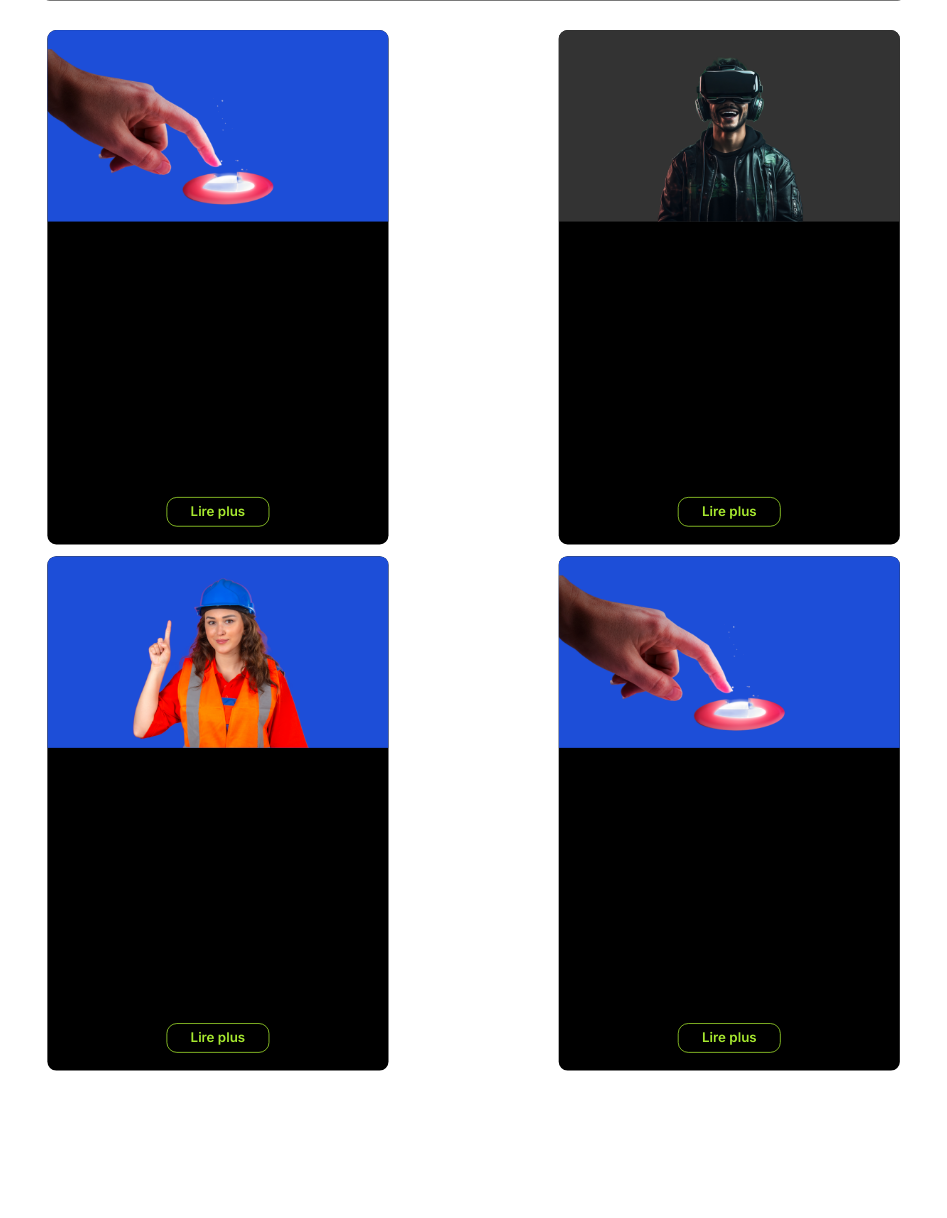
Repository: NassimeElkamari/test
Page: /blogs
An editor plug-in stored every save of this project. The page is shown before and after the next save, followed by the edit.
The browser window is 1280 px wide. The pictures show the part of the page from y = 652 to 2298 px (the page is 2298 px tall), at 74% of full size.
The project was rebuilt for these pictures with package versions that can differ from the ones it lists, and the page was loaded fresh each time. The framework's server and built-in components were replaced by stand-ins that run in the browser. Also part of the build but not shown: next.config.mjs.

Above is the page before, as saved 2024-06-12 15:49:13.

After the next save:
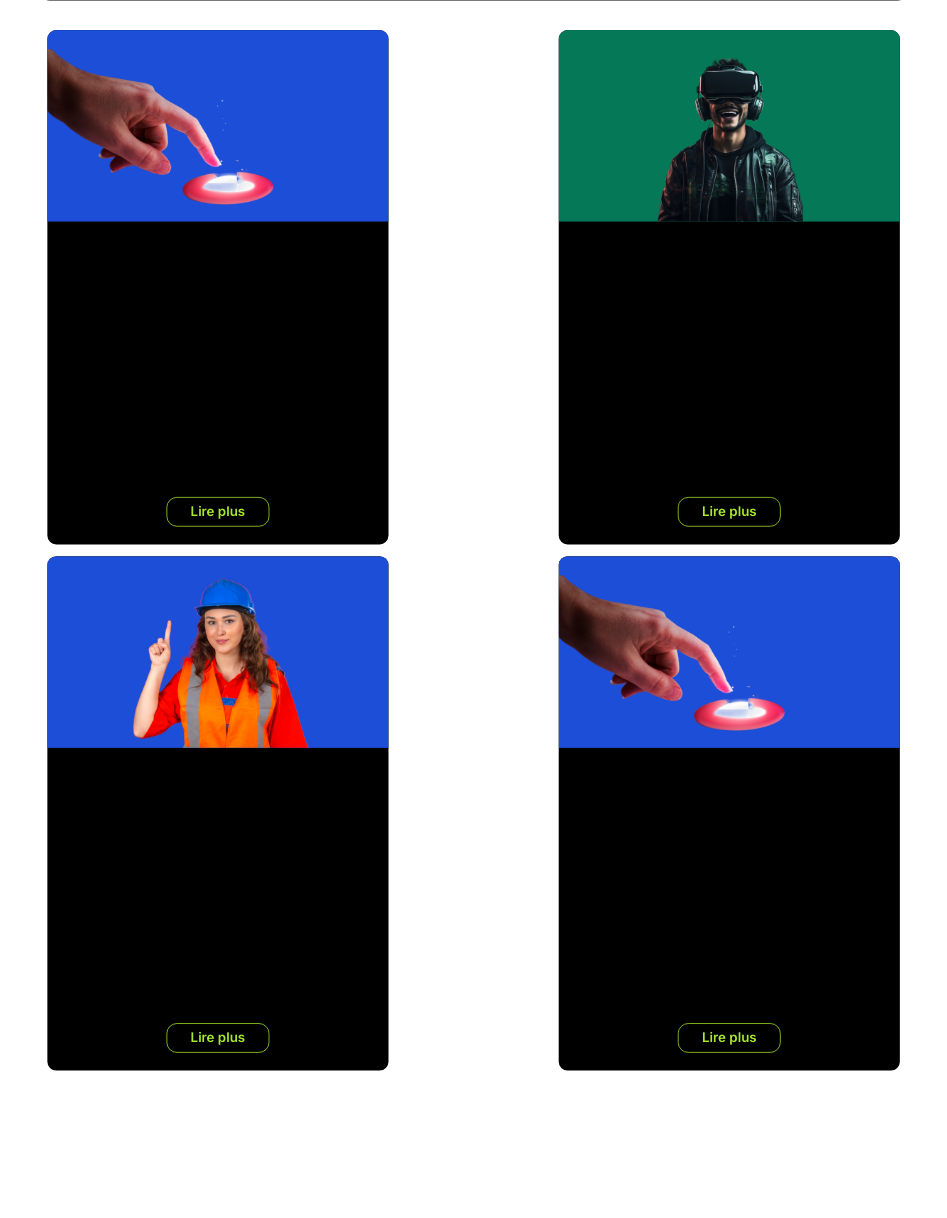
Saved 11 s later.
--- a/src/data/cardData.js
+++ b/src/data/cardData.js
@@ -13,7 +13,7 @@ export const cardData = [
     title: "22222L'impact des médias sociaux sur la santé mental",
     description: "Discuter de la façon dont les likes, les commentaires et les partages peuvent devenir une mesure de notre valeur personnelle, et comment cela peut affecter notre estime de soi et notre bien-être émotionnel...",
     date: "11 Décembre 2023",
-    background: '#333333' // Background color for the second card
+    background: '#047857' // Background color for the second card
   },
   {
     id: 3,
